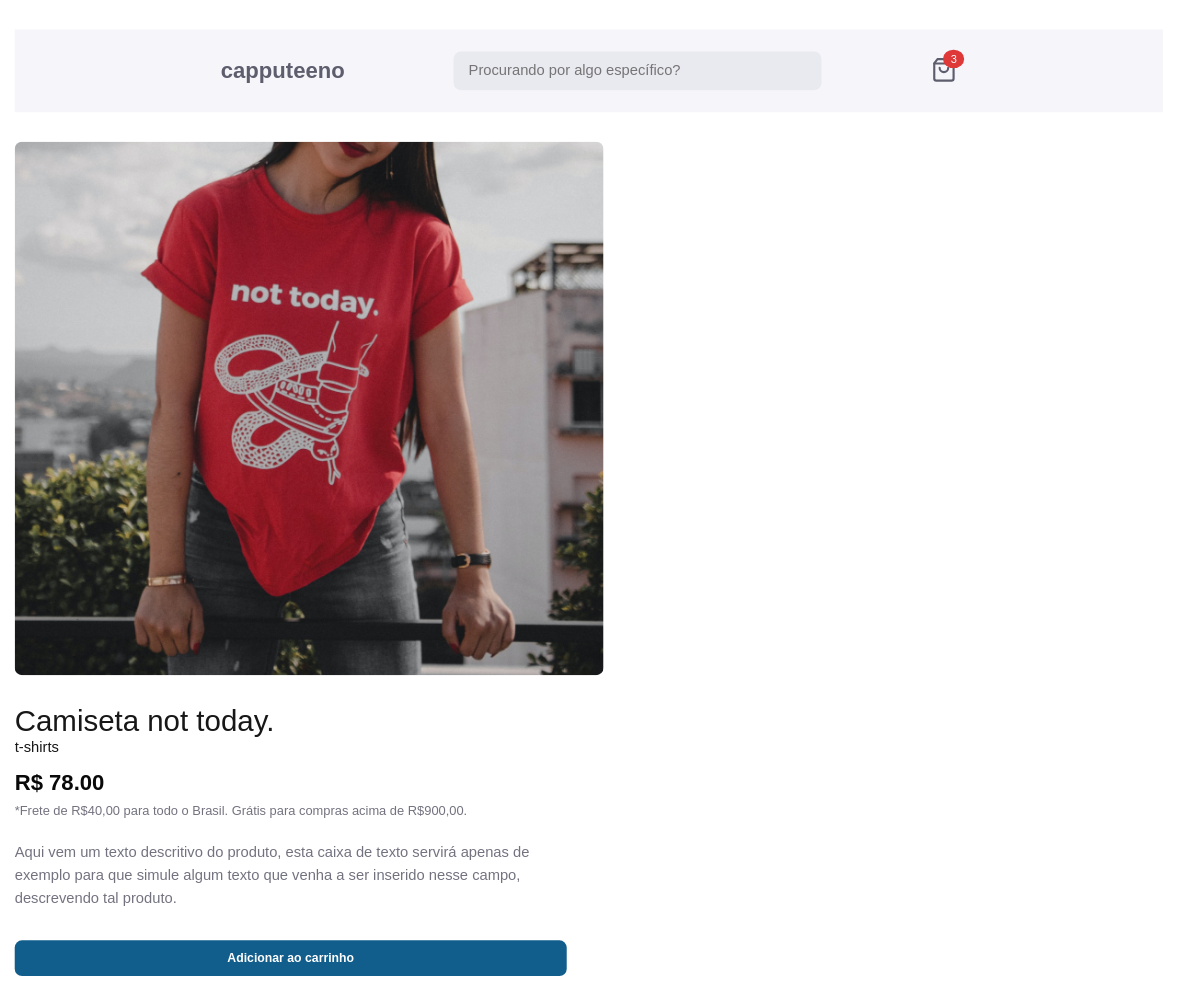
Repository: Biel-barbosa/capputeenoecomerce
Page: /product/1
These files come from the project's save history. The page is drawn as it stood at one moment and after the next save; the edit follows.
The browser window is 1280 px wide. The pictures show the whole page, at 92% of full size.
The project was rebuilt for these pictures with package versions that can differ from the ones it lists, and the page was loaded fresh each time. The framework's server and built-in components were replaced by stand-ins that run in the browser. Also part of the build but not shown: next.config.ts.

Above is the page before, as saved 2025-04-23 12:51:05.

### src/app/layout.tsx
import type { Metadata } from "next";
import { Geist, Geist_Mono } from "next/font/google";
import "./globals.css";


const geistSans = Geist({
  variable: "--font-geist-sans",
  subsets: ["latin"],
});

const geistMono = Geist_Mono({
  variable: "--font-geist-mono",
  subsets: ["latin"],
});

export const metadata: Metadata = {
  title: "Create Next App",
  description: "Generated by create next app",
};

export default function RootLayout({
  children,
}: Readonly<{
  children: React.ReactNode;
}>) {
  return (
    <html lang="en">
      <body className={`${geistSans.variable} ${geistMono.variable}`}>
        {children}
      </body>
    </html>
  );
}

### src/app/product/[id]/page.tsx
'use client';

import { useParams } from 'next/navigation';
import styled from 'styled-components';
import { products, Product } from '@/data/products';
import Header from '@/components/Header'

const Container = styled.div`
  max-width: 1440px;
  margin: 2rem auto;
  padding: 0 1rem;
  display: flex;
  gap: 2rem;
  flex-wrap: wrap;
`;

const Image = styled.img`
  width: 640px;
  max-width: 100%;
  object-fit: cover;
  border-radius: 8px;
  background: #f3f3f3;
`;

const Info = styled.div`
  display: flex;
  flex-direction: column;
  justify-content: flex-start;
  max-width: 600px;
`;

const Title = styled.h1`
  font-size: 2rem;
  font-weight: 500;
`;

const Description = styled.p`
  margin-top: 1.5rem;
  color: #737380;
  line-height: 1.6;
`;

const Price = styled.strong`
  font-size: 1.5rem;
  color: #09090a;
  margin-top: 1rem;
`;

const Freight = styled.span`
  margin-top: 0.5rem;
  font-size: 0.875rem;
  color: #737380;
`;

const Button = styled.button`
  margin-top: 2rem;
  padding: 0.75rem 1rem;
  background-color: #115d8c;
  color: white;
  font-weight: bold;
  border: none;
  border-radius: 8px;
  cursor: pointer;
  transition: background 0.2s ease;

  &:hover {
    background-color: #0d4c74;
  }
`;

export default function ProductDetailPage() {
    const params = useParams();
    const id = typeof params.id === 'string' ? params.id : '';
    const product = products.find((p: Product) => p.id === id);

    if (!product) return <div>Produto não encontrado.</div>;

    const handleAddToCart = () => {
        const cart = JSON.parse(localStorage.getItem('cart') || '[]');
        const updatedCart = [...cart, product];
        localStorage.setItem('cart', JSON.stringify(updatedCart));
        alert('Produto adicionado ao carrinho!');
    };

    return (
        <Container>
            <Header/>
            <Image src={product.image} alt={product.title} />
            <Info>
                <Title>{product.title}</Title>
                <span>{product.category}</span>
                <Price>R$ {product.price.toFixed(2)}</Price>
                <Freight>
                    *Frete de R$40,00 para todo o Brasil. Grátis para compras acima de R$900,00.
                </Freight>
                <Description>
                    Aqui vem um texto descritivo do produto, esta caixa de texto servirá apenas de exemplo
                    para que simule algum texto que venha a ser inserido nesse campo, descrevendo tal produto.
                </Description>
                <Button onClick={handleAddToCart}>
                    Adicionar ao carrinho
                </Button>
            </Info>
        </Container>
    );
}

### src/data/products.ts
export type Product = {
    id: string;
    title: string;
    image: string;
    price: number;
    category: 't-shirts' | 'mugs';
    description: string;
    createdAt: Date;
    sales: number;
};

export const products: Product[] = [
    {
        id: '1',
        title: 'Camiseta not today.',
        image: '/images/Camiseta-not-today.jpg',
        price: 78.0,
        category: 't-shirts',
        description: 'Aqui vem um texto descritivo do produto, esta caixa de texto servirá apenas de exemplo para que simule algum texto que venha a ser inserido nesse campo, descrevendo tal produto.',
        createdAt: new Date('2024-03-01'),
        sales: 30,
    },
    {
        id: '2',
        title: 'Caneca rústica',
        image: '/images/Caneca-ceramica-rustica.jpg',
        price: 40.0,
        category: 'mugs',
        description: 'Aqui vem um texto descritivo do produto, esta caixa de texto servirá apenas de exemplo para que simule algum texto que venha a ser inserido nesse campo, descrevendo tal produto.',
        createdAt: new Date('2024-04-10'),
        sales: 80,
    },
    {
        id: '3',
        title: 'Camiseta Broken Saints',
        image: '/images/Camiseta-broken-saints.jpg',
        price: 58.0,
        category: 't-shirts',
        description: 'Aqui vem um texto descritivo do produto, esta caixa de texto servirá apenas de exemplo para que simule algum texto que venha a ser inserido nesse campo, descrevendo tal produto.',
        createdAt: new Date('2024-01-15'),
        sales: 45,
    },
    {
        id: '4',
        title: 'Caneca Black Ring',
        image: '/images/Caneca-Black-Ring.jpg',
        price: 32.0,
        category: 'mugs',
        description: 'Aqui vem um texto descritivo do produto, esta caixa de texto servirá apenas de exemplo para que simule algum texto que venha a ser inserido nesse campo, descrevendo tal produto.',
        createdAt: new Date('2024-02-20'),
        sales: 60,
    },
    {
        id: '5',
        title: 'Camiseta Outcast',
        image: '/images/Camiseta-outcast.jpg',
        price: 89.9,
        category: 't-shirts',
        description: 'Aqui vem um texto descritivo do produto, esta caixa de texto servirá apenas de exemplo para que simule algum texto que venha a ser inserido nesse campo, descrevendo tal produto.',
        createdAt: new Date('2024-04-05'),
        sales: 50,
    },
    {
        id: '6',
        title: 'Caneca The Grounds',
        image: '/images/Caneca-The-Grounds.jpg',
        price: 85.0,
        category: 'mugs',
        description: 'Aqui vem um texto descritivo do produto, esta caixa de texto servirá apenas de exemplo para que simule algum texto que venha a ser inserido nesse campo, descrevendo tal produto.',
        createdAt: new Date('2024-03-10'),
        sales: 75,
    },
    {
        id: '7',
        title: 'Camiseta evening',
        image: '/images/Camiseta-evening.jpg',
        price: 69.9,
        category: 't-shirts',
        description: 'Aqui vem um texto descritivo do produto, esta caixa de texto servirá apenas de exemplo para que simule algum texto que venha a ser inserido nesse campo, descrevendo tal produto.',
        createdAt: new Date('2024-03-11'),
        sales: 62,
    },
    {
        id: '8',
        title: 'Caneca preto fosco',
        image: '/images/Caneca-preto-fosco.jpg',
        price: 28.0,
        category: 'mugs',
        description: 'Aqui vem um texto descritivo do produto, esta caixa de texto servirá apenas de exemplo para que simule algum texto que venha a ser inserido nesse campo, descrevendo tal produto.',
        createdAt: new Date('2024-03-12'),
        sales: 58,
    },
    {
        id: '9',
        title: 'Caneca Never settle',
        image: '/images/Caneca-Never-settle.jpg',
        price: 43.0,
        category: 'mugs',
        description: 'Aqui vem um texto descritivo do produto, esta caixa de texto servirá apenas de exemplo para que simule algum texto que venha a ser inserido nesse campo, descrevendo tal produto.',
        createdAt: new Date('2024-03-13'),
        sales: 54,
    },
    {
        id: '10',
        title: 'Caneca Rocketseat',
        image: '/images/Caneca-Decaf!-P&Co.jpg',
        price: 59.9,
        category: 'mugs',
        description: 'Aqui vem um texto descritivo do produto, esta caixa de texto servirá apenas de exemplo para que simule algum texto que venha a ser inserido nesse campo, descrevendo tal produto.',
        createdAt: new Date('2024-03-14'),
        sales: 48,
    },
    {
        id: '11',
        title: 'Camiseta DREAMER',
        image: '/images/Camiseta-DREAMER.jpg',
        price: 55.0,
        category: 't-shirts',
        description: 'Aqui vem um texto descritivo do produto, esta caixa de texto servirá apenas de exemplo para que simule algum texto que venha a ser inserido nesse campo, descrevendo tal produto.',
        createdAt: new Date('2024-03-15'),
        sales: 52,
    },
    {
        id: '12',
        title: 'Caneca Decaf! P&Co',
        image: '/images/Caneca-Decaf!-P&Co.jpg',
        price: 32.0,
        category: 'mugs',
        description: 'Aqui vem um texto descritivo do produto, esta caixa de texto servirá apenas de exemplo para que simule algum texto que venha a ser inserido nesse campo, descrevendo tal produto.',
        createdAt: new Date('2024-03-16'),
        sales: 70,
    },
    {
        id: '13',
        title: 'Camiseta javaScript',
        image: '/images/Camiseta-not-today.jpg',
        price: 13.0,
        category: 't-shirts',
        description: 'Aqui vem um texto descritivo do produto, esta caixa de texto servirá apenas de exemplo para que simule algum texto que venha a ser inserido nesse campo, descrevendo tal produto.',
        createdAt: new Date('2024-03-16'),
        sales: 70,
    },
    {
        id: '14',
        title: 'Caneca phyton',
        image: '/images/Caneca-Black-Ring.jpg',
        price: 22.0,
        category: 'mugs',
        description: 'Aqui vem um texto descritivo do produto, esta caixa de texto servirá apenas de exemplo para que simule algum texto que venha a ser inserido nesse campo, descrevendo tal produto.',
        createdAt: new Date('2024-03-16'),
        sales: 70,
    },
];

export function getProductById(id: string) {
    return products.find((product) => product.id === id);
}

### src/components/Header.tsx
'use client';
import styled from 'styled-components';
import { FiShoppingBag } from 'react-icons/fi';

type HeaderProps = {
  onSearch?: (value: string) => void;
};

const HeaderContainer = styled.header`
  width: 100%;
  padding: 1.5rem 14rem;
  display: flex;
  align-items: center;
  justify-content: space-between;
  background-color: #f5f5fa;
  flex-wrap: wrap;
  gap: 1rem;
`;

const Logo = styled.h1`
  font-size: 1.5rem;
  font-weight: 600;
  color: #5d5d6d;
`;

const SearchInput = styled.input`
  flex: 1;
  max-width: 400px;
  margin: 0 2rem;
  padding: 0.75rem 1rem;
  border: none;
  border-radius: 8px;
  background: #e9e9f0;
  font-size: 1rem;
  color: #737380;

  &:focus {
    outline: 2px solid #115d8c;
  }

  @media (max-width: 768px) {
    margin: 0;
    width: 100%;
    order: 3;
  }
`;

const CartButton = styled.button`
  position: relative;
  background: none;
  border: none;
  cursor: pointer;

  svg {
    font-size: 1.75rem;
    color: #5d5d6d;
  }
`;

const CartCount = styled.span`
  position: absolute;
  top: -8px;
  right: -8px;
  background-color: #de3838;
  color: white;
  border-radius: 50%;
  font-size: 0.75rem;
  padding: 0.25rem 0.5rem;
  line-height: 1;
`;

const Header = ({ onSearch }: HeaderProps) => {
  const cartItemCount = 3; // Trocar por dados reais depois

  return (
    <HeaderContainer>
      <Logo>capputeeno</Logo>

      <SearchInput
        type="text"
        placeholder="Procurando por algo específico?"
        onChange={(e) => onSearch?.(e.target.value)}
      />

      <CartButton>
        <FiShoppingBag />
        <CartCount>{cartItemCount}</CartCount>
      </CartButton>
    </HeaderContainer>
  );
};

export default Header;

Loaded but not shown: src/app/globals.css (common file)

After the next save:
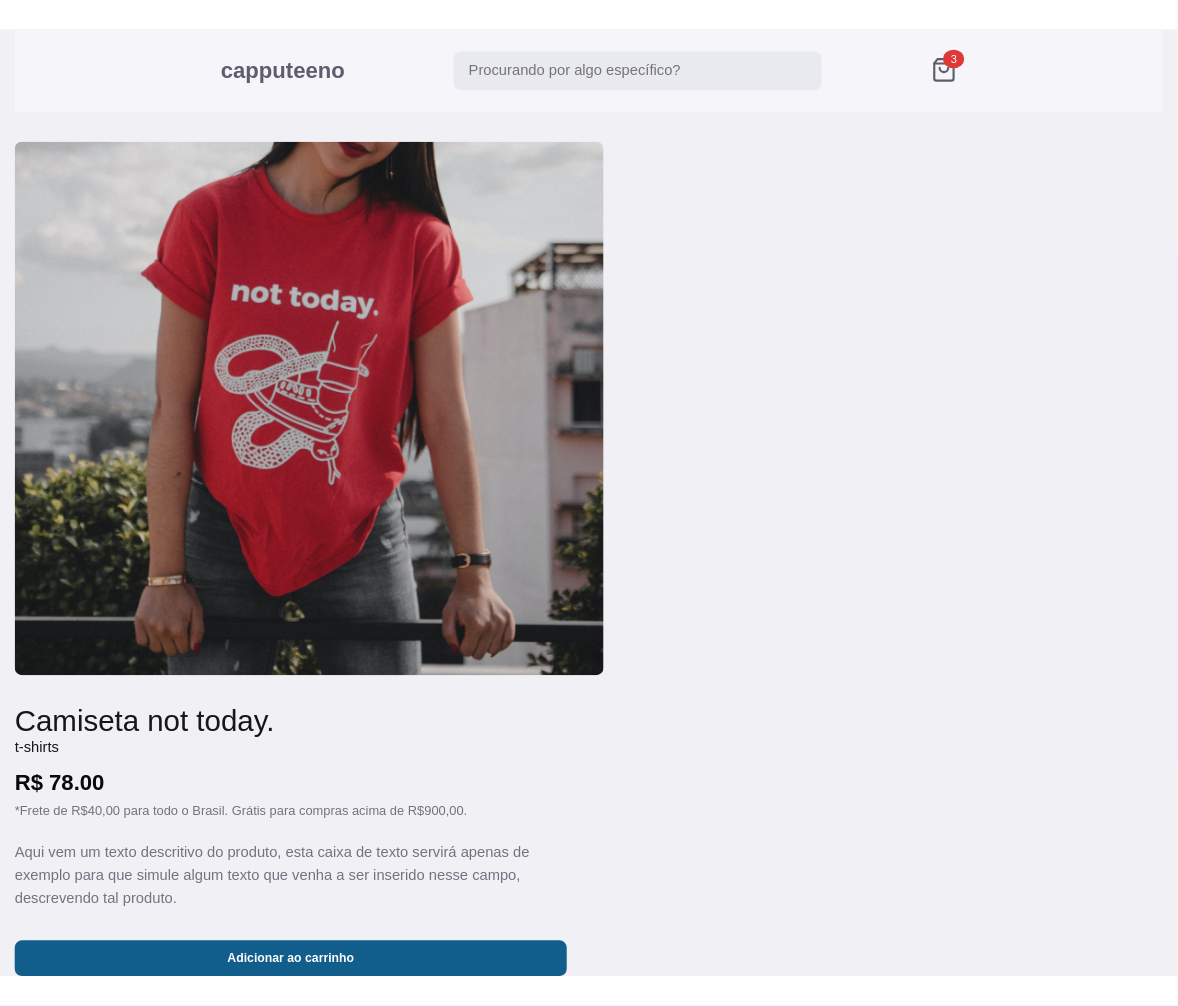
Saved 33 s later.
--- a/src/app/product/[id]/page.tsx
+++ b/src/app/product/[id]/page.tsx
@@ -12,6 +12,7 @@ const Container = styled.div`
   display: flex;
   gap: 2rem;
   flex-wrap: wrap;
+   background-color: #f0f0f5;
 `;
 
 const Image = styled.img`
